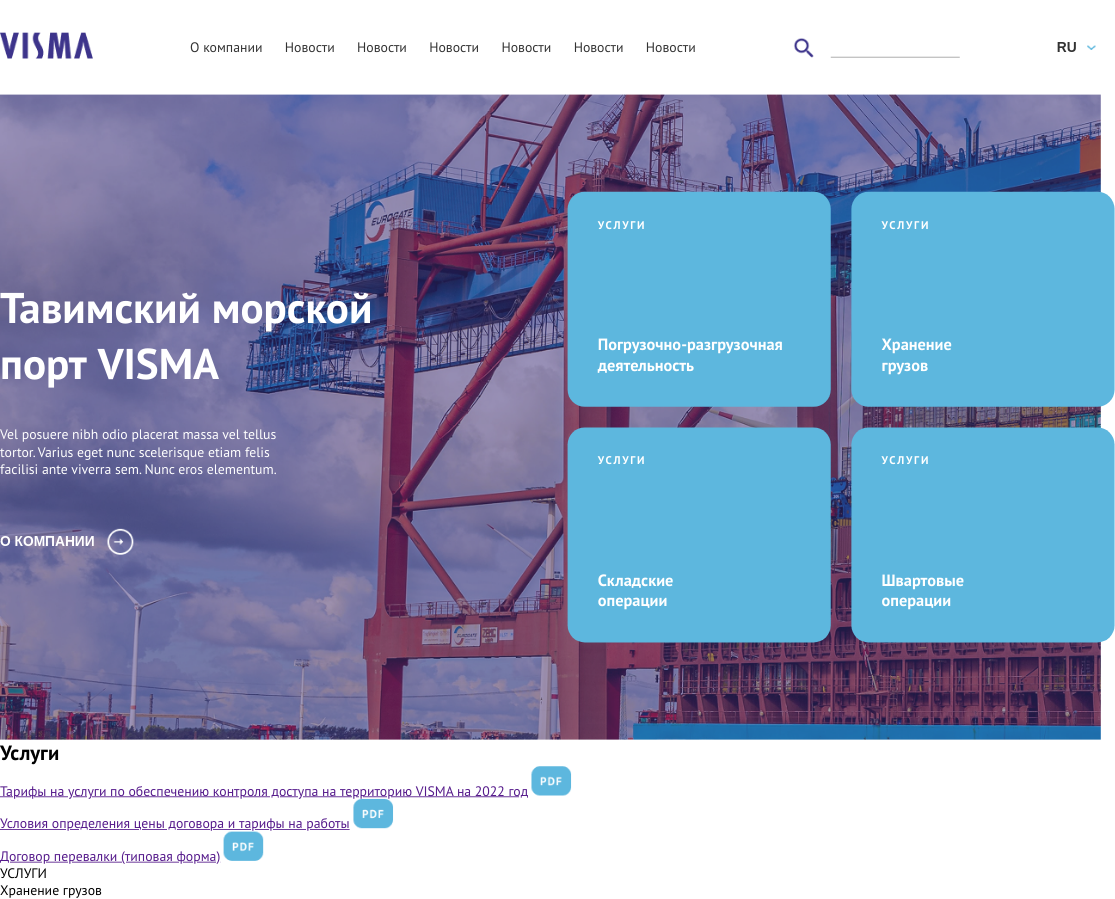
Repository: Shaiyr1/Visma
Page: index.html
An editor plug-in stored every save of this project. The page is shown before and after the next save, followed by the edit.
The browser window is 1280 px wide. The page is 1296 px wide, so the pictures cover 1296 px, including what lies to the right of the window. The pictures show the whole page, at 86% of full size.
The style sheet was rebuilt from its Sass, Less or Tailwind sources for each picture, by a compiler version that may differ from the author's.

Above is the page before, as saved 2026-09-16 14:26:37.

### index.html
<!DOCTYPE html>
<html lang="en">
<head>
    <meta charset="UTF-8">
    <meta http-equiv="X-UA-Compatible" content="IE=edge">
    <meta name="viewport" content="width=device-width, initial-scale=1.0">
    <link rel="stylesheet" href="./src/css/style.css">
    <title>Document</title>
</head>
<body>
    <header class="header">
        <nav class="header-nav">
            <a class="header-nav__link" href="#">
                <img class="header-nav__logo" src="./src/img/Vector (1).png" alt="logo">
            </a>
            <ul class="header-nav__ul">
                <li class="header-nav__li">
                    <a class="header-nav__li-link" href="#">О компании</a>
                </li>
                <li class="header-nav__li">
                    <a class="header-nav__li-link" href="#">Новости</a>
                </li>
                <li class="header-nav__li">
                    <a class="header-nav__li-link" href="#">Новости</a>
                </li>
                <li class="header-nav__li">
                    <a class="header-nav__li-link" href="#">Новости</a>
                </li>
                <li class="header-nav__li">
                    <a class="header-nav__li-link" href="#">Новости</a>
                </li>
                <li class="header-nav__li">
                    <a class="header-nav__li-link" href="#">Новости</a>
                </li>
                <li class="header-nav__li">
                    <a class="header-nav__li-link" href="#">Новости</a>
                </li>
            </ul>
            <label class="header-nav__label" for="">
                <img class="header-nav__icon" src="./src/img/ic_round-search.png" alt="icon">
                <input class="header-nav__input" type="search">
            </label>
            <select class="header-nav__select" name="" id="">
                <option class="header-nav__option" value="">RU</option>
                <option class="header-nav__option" value="">ENG</option>
            </select>
        </nav>
    </header>
    <main>
        <section class="home">
            <div class="container home__blocks">
                <div class="home-block">
                    <h1 class="home-block__title">Тавимский морской порт VISMA</h1>
                    <p class="home-block__subtitle">
                        Vel posuere nibh odio placerat massa vel tellus tortor. Varius eget nunc scelerisque etiam felis facilisi ante viverra sem. Nunc eros elementum.
                    </p>
                    <button class="home-block__btn">
                        О КОМПАНИИ
                        <img class="home-block__btn-icon" src="./src/img/Group 7.png" alt="">
                    </button>
                </div>
                <div class="home-services">
                    <div class="home-services__item">
                        <span class="home-services__item-span">УСЛУГИ</span>
                        <p class="home-services__item-text">
                            Погрузочно-разгрузочная <br> деятельность
                        </p>
                    </div>
                    <div class="home-services__item">
                        <span class="home-services__item-span">УСЛУГИ</span>
                        <p class="home-services__item-text">
                            Хранение <br> грузов
                        </p>
                    </div>
                    <div class="home-services__item">
                        <span class="home-services__item-span">УСЛУГИ</span>
                        <p class="home-services__item-text">
                            Складские <br> операции
                        </p>
                    </div>
                    <div class="home-services__item">
                        <span class="home-services__item-span">УСЛУГИ</span>
                        <p class="home-services__item-text">
                            Швартовые <br> операции
                        </p>
                    </div>
                </div>
            </div>
        </section>
        <section class="services">
            <div class="container">
                <div class="services-block">
                    <h2 class="services-block__title">Услуги</h2>
                    <ul class="services-block__ul">
                        <li class="services-block__li">
                            <a class="services-block__li-link" href="">Тарифы на услуги по обеспечению контроля доступа на территорию VISMA на 2022 год</a>
                            <img src="./src/img/Frame 50.png" alt="images">
                        </li>
                        <li class="services-block__li">
                            <a class="services-block__li-link" href="">Условия определения цены договора и тарифы на работы</a>
                            <img src="./src/img/Frame 50.png" alt="images">
                        </li>
                        <li class="services-block__li">
                            <a class="services-block__li-link" href="">Договор перевалки (типовая форма)</a>
                            <img src="./src/img/Frame 50.png" alt="images">
                        </li>
                    </ul>
                </div>
                <div class="services-items">
                    <div class="services-items__item">
                        <span>УСЛУГИ</span>
                        <p>Хранение грузов</p>
                    </div>

                </div>
            </div>
        </section>
    </main>
</body>

</html>

### src/scss/style.scss
* {
    margin: 0;
    padding: 0;
    box-sizing: border-box;
}

@import url('https://fonts.googleapis.com/css2?family=PT+Sans:ital,wght@0,400;0,700;1,400;1,700&display=swap');

body {
    font-family: "PT Sans", sans-serif;
}
.container {
    width: 1296px;
    margin: 0 auto;
}

@import "header";
@import "home";

### src/scss/header.scss
.header {

    &-nav {
        width: 1296px;
        height: 110px;
        margin: 0 auto;
        display: flex;
        align-items: center;
        gap: 113px;

        &__link {}

        &__logo {}

        &__ul {
            display: flex;
            align-items: center;
            justify-content: center;
            gap: 26px;
            list-style-type: none;
        }
        &__li {
            &-link {
                text-decoration: none;
                color: #333333;
                font-size: 16px;
            }
        }
        &__label {
            display: flex;
            align-items: flex-end;
            justify-content: center;
            gap: 20px;
        }
        &__input {
            width: 150px;
            border: none;
            outline: none;
            border-bottom: 1px solid rgb(161, 161, 161);
        }
        &__select {
            background: none;
            border: none;
            color: #333333;
            font-size: 16px;
            font-weight: bold;
            outline: none;
            appearance: none;
            padding-right: 30px;
            background-image: url("../img/material-symbols_keyboard-arrow-down-rounded.png");
            background-position: right 20px center;
            background-repeat: no-repeat;
        }
    }
}

### src/scss/home.scss
.home {
    width: 100%;
    height: 750px;
    background-image: url("../img/Rectangle\ 23\ \(6\).png");
    background-repeat: no-repeat;
    background-size: cover;
    padding: 113px 0;

    &__blocks {
        display: flex;
        align-items: center;
        gap: 134px;
    }

    &-block {
        width: 526px;

        &__title {
            width: 526px;
            color: #ffffff;
            text-align: left;
            font-weight: 700;
            font-size: 50px;
        }

        &__subtitle {
            width: 322px;
            margin: 40px 0 60px;
            color: #ffffff;
            text-align: left;
            font-size: 16px;
        }

        &__btn {
            width: 159px;
            height: 30px;
            display: flex;
            justify-content: flex-start;
            align-items: center;
            gap: 15px;
            border: none;
            outline: none;
            cursor: pointer;
            color: #ffffff;
            text-align: left;
            font-size: 16px;
            font-weight: 700;
            background: none;


            &-icon {}
        }
    }

    &-services {
        display: flex;
        flex-wrap: wrap;
        gap: 24px;

        &__item {
            background-color: #5db7de;
            width: 306px;
            height: 250px;
            border-radius: 20px;
            padding: 30px 35px;
            display: flex;
            flex-direction: column;
            align-items: flex-start;
            gap: 118px;

            &-span {
                color: #ffffff;
                text-align: left;
                font-size: 13px;
                font-weight: 700;
                letter-spacing: 2px;

            }

            &-text {
                color: #ffffff;
                text-align: left;
                font-size: 19px;
                font-weight: 700;
            }
        }
    }
}

After the next save:
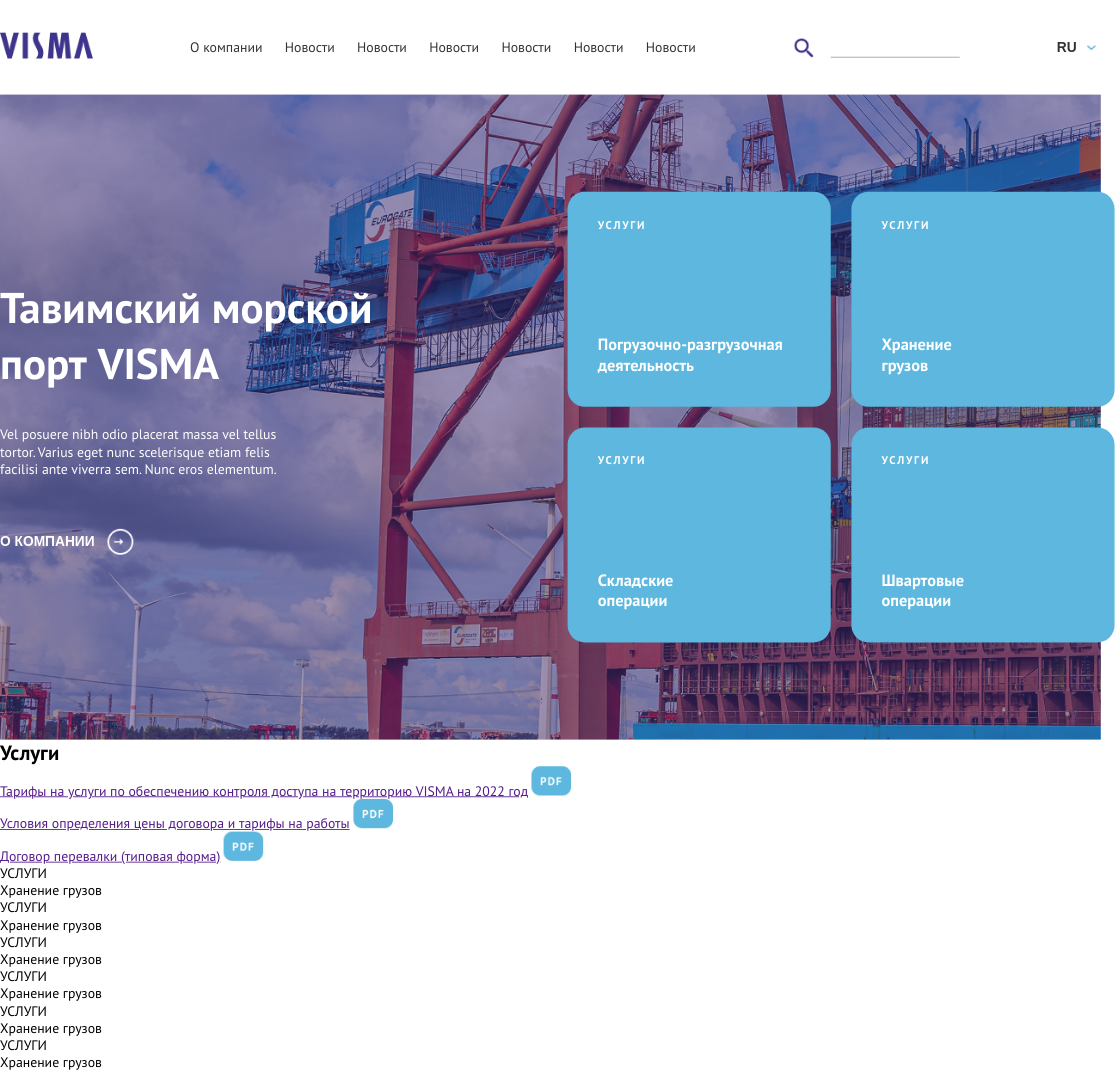
Saved 4 s later.
--- a/index.html
+++ b/index.html
@@ -111,7 +111,26 @@
                         <span>УСЛУГИ</span>
                         <p>Хранение грузов</p>
                     </div>
-
+                    <div class="services-items__item">
+                        <span>УСЛУГИ</span>
+                        <p>Хранение грузов</p>
+                    </div>
+                    <div class="services-items__item">
+                        <span>УСЛУГИ</span>
+                        <p>Хранение грузов</p>
+                    </div>
+                    <div class="services-items__item">
+                        <span>УСЛУГИ</span>
+                        <p>Хранение грузов</p>
+                    </div>
+                    <div class="services-items__item">
+                        <span>УСЛУГИ</span>
+                        <p>Хранение грузов</p>
+                    </div>
+                    <div class="services-items__item">
+                        <span>УСЛУГИ</span>
+                        <p>Хранение грузов</p>
+                    </div>
                 </div>
             </div>
         </section>
